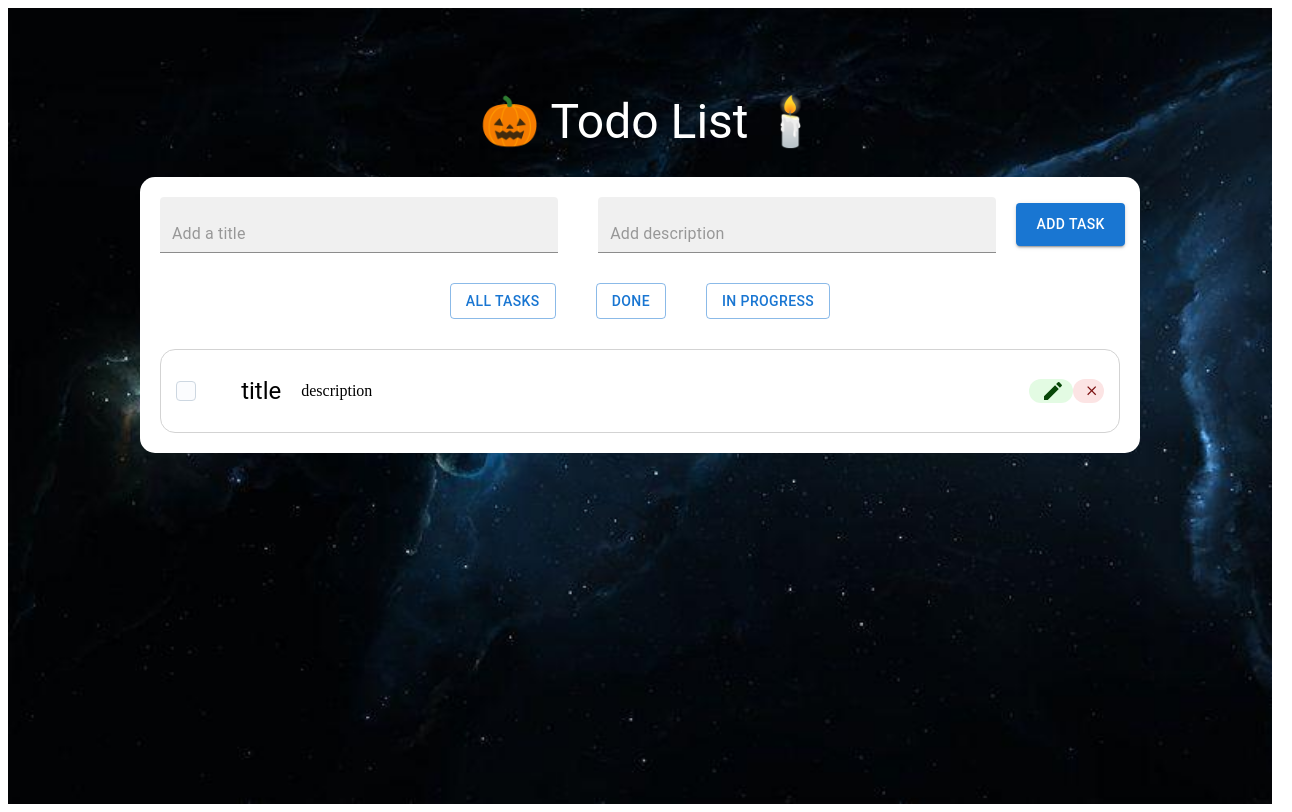
Repository: Tracy-maker/TodoList
Page: /
An editor plug-in stored every save of this project. The page is shown before and after a run of saves, followed by the edit.
The browser window is 1280 px wide. The page is 1292 px wide, so the pictures cover 1292 px, including what lies to the right of the window. The pictures show the whole page.
The project was rebuilt for these pictures with package versions that can differ from the ones it lists, and the page was loaded fresh each time. Also part of the build but not shown: src/components/TaskEdit.js.

Above is the page before, as saved 2023-09-20 20:38:23.

### public/index.html
<!DOCTYPE html>
<html lang="en">
  <head>
    <meta charset="utf-8" />
    <link rel="icon" href="%PUBLIC_URL%/favicon.ico" />
    <meta name="viewport" content="width=device-width, initial-scale=1" />
    <meta name="theme-color" content="#000000" />
    <meta
      name="description"
      content="Web site created using create-react-app"
    />
    <link rel="apple-touch-icon" href="%PUBLIC_URL%/logo192.png" />
    <!--
      manifest.json provides metadata used when your web app is installed on a
      user's mobile device or desktop. See https://developers.google.com/web/fundamentals/web-app-manifest/
    -->
    <link rel="manifest" href="%PUBLIC_URL%/manifest.json" />
    <link href="https://fonts.googleapis.com/css2?family=Montserrat:wght@300;400;500&amp;display=swap" rel="stylesheet">
    <!--
      Notice the use of %PUBLIC_URL% in the tags above.
      It will be replaced with the URL of the `public` folder during the build.
      Only files inside the `public` folder can be referenced from the HTML.

      Unlike "/favicon.ico" or "favicon.ico", "%PUBLIC_URL%/favicon.ico" will
      work correctly both with client-side routing and a non-root public URL.
      Learn how to configure a non-root public URL by running `npm run build`.
    -->
    <title>React App</title>
  </head>
  <body>
    <noscript>You need to enable JavaScript to run this app.</noscript>
    <div id="root"></div>
    <!--
      This HTML file is a template.
      If you open it directly in the browser, you will see an empty page.

      You can add webfonts, meta tags, or analytics to this file.
      The build step will place the bundled scripts into the <body> tag.

      To begin the development, run `npm start` or `yarn start`.
      To create a production bundle, use `npm run build` or `yarn build`.
    -->
  </body>
</html>

### src/App.js
import { useState, useEffect } from "react";
import CreateTask from "./components/CreateTask";
import TaskList from "./components/TaskList";
import { Box, Stack } from "@mui/material";
import styled from "styled-components";
import Typography from "@mui/material/Typography";
import Image1 from "./image/7.jpg";
import TaskButton from "./components/TaskButton";

const StyledContainer = styled(Stack)`
  height: 100vh;
  width: 100%;
  display: flex;
  align-items: stretch;
  padding-top: 6%;
  background-image: url(${Image1});
  background-size: cover;
  background-repeat: no-repeat;
`;

const TaskForm = styled(Box)`
  margin-left: auto;
  margin-right: auto;
  width: 1000px;
  background-color: white;
  border-radius: 15px;
  @media (max-width: 768px) {
    width: 100%;
  }
`;
const Title = styled(Typography)`
  color: white;
  margin: auto;
  width: 100%;
  padding: 10px;
  text-align: center;
`;

function App() {

  const [tasks, setTasks] = useState(() => {
    const localValue = localStorage.getItem("tasks");
    if (localValue == null) return [];
    return JSON.parse(localValue);
  });

  useEffect(() => {
    localStorage.setItem("tasks", JSON.stringify(tasks));
  }, [tasks]);

  const createTask = (title, description) => {
    const newTask = {
      id: crypto.randomUUID(),
      title: title,
      description: description,
      status: "inProgress",
    };

    const existingTasks = JSON.parse(localStorage.getItem("tasks")) || [];
    existingTasks.push(newTask);
    localStorage.setItem("tasks", JSON.stringify(existingTasks));
    setTasks(existingTasks);
  };

  const deleteTasksById = (id) => {
    const existingTasks = JSON.parse(localStorage.getItem("tasks")) || [];
    const updatedTasks = existingTasks.filter((task) => {
      return task.id !== id;
    });
    localStorage.setItem("tasks", JSON.stringify(updatedTasks));
    setTasks(updatedTasks);
  };

  const editTaskById = (id, newTitle, newDescription) => {
    const existingTasks = JSON.parse(localStorage.getItem("tasks")) || [];
    const taskToEdit = existingTasks.findIndex((task) => task.id === id);

    if (taskToEdit) {
      const updatedTask = {
        ...taskToEdit,
        title: newTitle,
        description: newDescription,
      };

      const updatedTasks = existingTasks.map((task) =>
        task.id === id ? updatedTask : task
      );
      localStorage.setItem("tasks", JSON.stringify(updatedTasks));
      setTasks(updatedTasks);
    }
  };



  return (
    <StyledContainer>
      <Title variant="h3" gutterBottom>
        🎃 Todo List 🕯️
      </Title>
      <TaskForm>
        <CreateTask onCreate={createTask} />
        <TaskButton/>
        <TaskList />
      </TaskForm>
    </StyledContainer>
  );
}
export default App;

### src/components/CreateTask.js
import * as React from "react";
import Stack from "@mui/material/Stack";
import TextField from "@mui/material/TextField";
import Button from "@mui/material/Button";
import { useState } from "react";
import { styled } from "@mui/material";

const Input = styled(TextField)`
  padding:2%;
  width: 80%;
`;

const AddButton = styled(Button)`
  margin: auto;
  width: 20%;
  padding: 9px;
  text-align: center;
  margin-right: 15px;
`;

function CreateTask(props) {
  const [title, setTitle] = useState("");
  const [description, setDescription] = useState("");

  const handleChange = (event) => {
    const { name, value } = event.target;
    if (name === "title") {
      setTitle(value);
    } else if (name === "description") {
      setDescription(value);
    }
  };

  const handleSubmit = (event) => {
    event.preventDefault();
    if (title.trim() !== "" || description.trim() !== "") {
      props.onCreate({ title, description });
      setTitle("");
      setDescription("");
    }
  };

  return (
    <Stack onSubmit={handleSubmit} component="form" direction="row">
      <Input
        name="title"
        value={title}
        onChange={handleChange}
        placeholder="Add a title"
        variant="filled"
      />
      <Input
        name="description"
        value={description}
        onChange={handleChange}
        placeholder="Add description"
        variant="filled"
      />
      <AddButton type="submit" variant="contained">
        Add Task
      </AddButton>
    </Stack>
  );
}

export default CreateTask;

### src/components/TaskList.js
import React from "react";
import { Box, Button} from "@mui/material";
import TaskShow from "./TaskShow";
import styled from "styled-components";

const ButtonNavigationBar = styled(Box)`
  display: flex;
  justify-content: center;
  gap: 40px;
  padding: 10px;
`;

function TaskList(props) {
  return (
    <>


      <TaskShow />
    </>
  );
}

export default TaskList;

### src/components/TaskButton.js
import * as React from "react";
import { Box, Button } from "@mui/material";
import styled from "styled-components";

const ButtonNavigationBar = styled(Box)`
  display: flex;
  justify-content: center;
  gap: 40px;
  padding: 10px;
`;

function TaskButton(props) {
  return (
    <ButtonNavigationBar>
      <Button
        variant={props.defaultValue === "all" ? "contained" : "outlined"}
        onClick={() => props.onFilterChange("all")}
      >
        All Tasks
      </Button>
      <Button
        variant={props.defaultValue === "done" ? "contained" : "outlined"}
        onClick={() => props.onFilterChange("done")}
      >
        Done
      </Button>
      <Button
        variant={props.defaultValue === "inProgress" ? "contained" : "outlined"}
        onClick={() => props.onFilterChange("inProgress")}
      >
        In Progress
      </Button>
    </ButtonNavigationBar>
  );
}
export default TaskButton;

### src/components/TaskShow.js
import * as React from "react";
import { useState } from "react";
import Typography from "@mui/material/Typography";
import Checkbox from "@mui/joy/Checkbox";
import Chip from "@mui/joy/Chip";
import ChipDelete from "@mui/joy/ChipDelete";
import styled from "styled-components";
import { Box } from "@mui/material";
import EditIcon from "@mui/icons-material/Edit";
import TaskEdit from "./TaskEdit";

const TaskItem = styled(Box)`
  display: flex;
  justify-content: space-between;
  align-items: center;
  padding: 15px;
  border-style: solid;
  border-width: 1px;
  margin: 2%;
  border-radius: 15px;
  border-color: lightgray;
`;

const TaskContent = styled(Box)`
  display: flex;
  margin: auto;
  width: 80%;
  padding: 10px;
  align-items: center;
  gap: 20px
`;

const TaskInformation = styled(Typography)`
  text-decoration: ${({ isDeleted }) => (isDeleted ? "line-through" : "none")};
`;

function TaskShow(props) {
  const [showEdit, setShowEdit] = useState(false);

  const handleEdit = () => {
    setShowEdit(!showEdit);
  };

  const handleSubmit = (id, newTitle, newDescription) => {
    setShowEdit(false);
    props.onEdit(id, newTitle, newDescription);
  };

  let content;

  // if (showEdit) {
  //   content = <TaskEdit onSubmit={handleSubmit} task={props.task} />;
  // } else {
  //   content = (
  //     <>
  //       <h3>{props.task.title}</h3>
  //       <p>{props.task.description}</p>
  //     </>
  //   );
  // }

  const handleDelete = () => {
    props.onDelete(props.task.id);
  };

  const handleCheckboxChange = () => {
    props.toggleCheckedBoxById(props.task.id);
  };

  return (
    <TaskItem>
      <Checkbox onChange={handleCheckboxChange} />
      <TaskContent>
        <TaskInformation variant="h5">title</TaskInformation>
        <TaskInformation variant="h7">description</TaskInformation>
      </TaskContent>

      <Box>
        <Chip
          variant="soft"
          color="success"
          onClick={handleEdit}
          endDecorator={<EditIcon />}
        />
        <Chip
          variant="soft"
          color="danger"
          endDecorator={<ChipDelete onClick={handleDelete} />}
        />
      </Box>
    </TaskItem>
  );
}

export default TaskShow;

Loaded but not shown: src/index.js (common file)

After the next 2 saves:
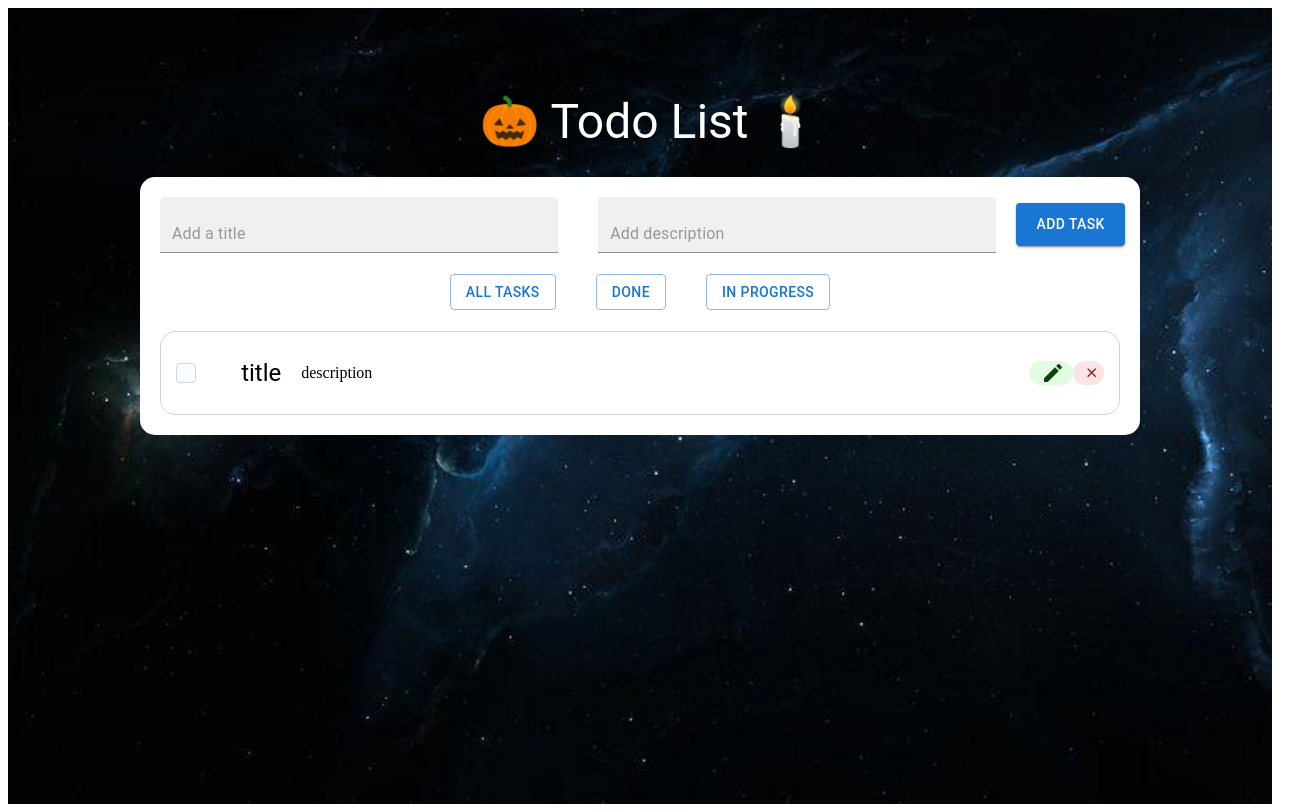
The 2 saves are shown as one change because they came seconds apart.
The last was saved 37 s later.
--- a/src/components/TaskButton.js
+++ b/src/components/TaskButton.js
@@ -6,7 +6,7 @@ const ButtonNavigationBar = styled(Box)`
   display: flex;
   justify-content: center;
   gap: 40px;
-  padding: 10px;
+  padding: 1px;
 `;
 
 function TaskButton(props) {
